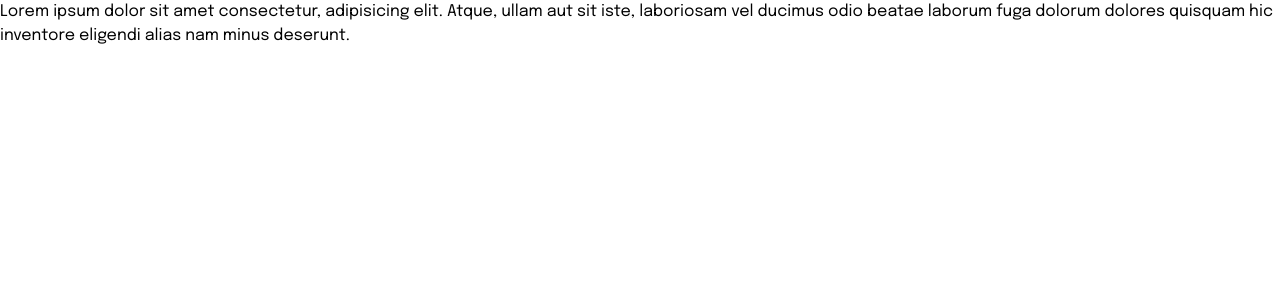
Repository: Kaymileee/crownFunding-Project
Page: /
These files come from the project's save history. The page is drawn as it stood at one moment and after the next save; the edit follows.
The browser window is 1280 px wide. The pictures show the whole page.
The project was rebuilt for these pictures with package versions that can differ from the ones it lists, and the page was loaded fresh each time. Imported but missing from the stored project, and not drawn on this page: src/components/common/FormGroup, src/components/input/Input.

Above is the page before, as saved 2023-02-03 17:11:32.

### public/index.html
<!DOCTYPE html>
<html lang="en">
  <head>
    <meta charset="utf-8" />
    <link rel="icon" href="%PUBLIC_URL%/favicon.ico" />
    <meta name="viewport" content="width=device-width, initial-scale=1" />
    <meta name="theme-color" content="#000000" />
    <meta
      name="description"
      content="Web site created using create-react-app"
    />
    <link rel="apple-touch-icon" href="%PUBLIC_URL%/logo192.png" />
    <!--
      manifest.json provides metadata used when your web app is installed on a
      user's mobile device or desktop. See https://developers.google.com/web/fundamentals/web-app-manifest/
    -->
    <link rel="manifest" href="%PUBLIC_URL%/manifest.json" />
    <!--
      Notice the use of %PUBLIC_URL% in the tags above.
      It will be replaced with the URL of the `public` folder during the build.
      Only files inside the `public` folder can be referenced from the HTML.

      Unlike "/favicon.ico" or "favicon.ico", "%PUBLIC_URL%/favicon.ico" will
      work correctly both with client-side routing and a non-root public URL.
      Learn how to configure a non-root public URL by running `npm run build`.
    -->
    <link rel="preconnect" href="https://fonts.googleapis.com" />
    <link rel="preconnect" href="https://fonts.gstatic.com" crossorigin />
    <link
      href="https://fonts.googleapis.com/css2?family=Epilogue:wght@400;500;600;700&display=swap"
      rel="stylesheet"
    />
    <title>Crowfunding App</title>
  </head>
  <body>
    <noscript>You need to enable JavaScript to run this app.</noscript>
    <div id="root"></div>
    <!--
      This HTML file is a template.
      If you open it directly in the browser, you will see an empty page.

      You can add webfonts, meta tags, or analytics to this file.
      The build step will place the bundled scripts into the <body> tag.

      To begin the development, run `npm start` or `yarn start`.
      To create a production bundle, use `npm run build` or `yarn build`.
    -->
  </body>
</html>

### src/index.js
import React from "react";
import { createRoot } from "react-dom/client";
import App from "./App";
import reportWebVitals from "./reportWebVitals";
import "./index.scss";
import { Provider } from "react-redux";
import { store } from "./store/configureStore";
import { BrowserRouter } from "react-router-dom";
const container = document.getElementById("root");
const root = createRoot(container);

root.render(
  <Provider store={store}>
    <BrowserRouter>
      <App />
    </BrowserRouter>
  </Provider>
);

// If you want to start measuring performance in your app, pass a function
// to log results (for example: reportWebVitals(console.log))
// or send to an analytics endpoint. Learn more: https://bit.ly/CRA-vitals
reportWebVitals();

### src/App.js
import React, { lazy } from "react";
import { Suspense } from "react";
import { Route, Routes } from "react-router-dom";
const SignUpPage = lazy(() => import("./pages/SignUpPage.js"));
const SignInPage = lazy(() => import("./pages/SignInPage"));
const DashboardPage = lazy(() => import("./pages/DashboardPage"));

function App() {
  return (
    <Suspense>
      <Routes>
        <Route path="/sign-up" element={<SignUpPage></SignUpPage>}></Route>
        <Route path="/" element={<DashboardPage></DashboardPage>}></Route>

        <Route path="/sign-in" element={<SignInPage></SignInPage>}></Route>
      </Routes>
    </Suspense>
  );
}

export default App;

### src/index.scss
@tailwind base;
@tailwind components;
@tailwind utilities;
@layer base {
  body {
    @apply text-base font-primary font-normal;
  }
  input {
    @apply outline-none;
  }
}
input:focus + .error-input {
  display: none;
}

### src/store/configureStore.js
import { configureStore } from "@reduxjs/toolkit";
import createSagaMiddleware from "@redux-saga/core";
import logger from "redux-logger";
const sagaMiddleware = createSagaMiddleware();

export const store = configureStore({
  reducer: {},
  middleware: (gDM) => gDM().concat(logger, sagaMiddleware),
});
// sagaMiddleware.run(rootSaga);

### src/pages/DashboardPage.js
import React from "react";
import LayoutDashboard from "../layouts/LayoutDashboard";

const DashboardPage = () => {
  return (
    <LayoutDashboard>
      <div>
        Lorem ipsum dolor sit amet consectetur, adipisicing elit. Atque, ullam
        aut sit iste, laboriosam vel ducimus odio beatae laborum fuga dolorum
        dolores quisquam hic inventore eligendi alias nam minus deserunt.
      </div>
    </LayoutDashboard>
  );
};

export default DashboardPage;

### src/layouts/LayoutDashboard.js
import React from "react";

const LayoutDashboard = ({ children }) => {
  return <div>{children}</div>;
};

export default LayoutDashboard;

### tailwind.config.js
module.exports = {
  darkMode: "class",
  content: ["./src/**/*.{js,jsx,ts,tsx}"],
  theme: {
    extend: {
      fontFamily: {
        primary: ["Epilogue", "sans-serif;"],
      },
      colors: {
        primary: "#1DC071",
        secondary: "#6F49FD",
        text1: "#171725",
        text2: "#4B5264",
        text3: "#808191",
        text4: "#B2B3BD",

        iconColor: "#A2A2A8",
        white: "#FFFFFF",
        whiteSoft: "#FCFBFF",
        graySoft: "#FCFCFC",
        strockColor: "#F1F1F3",
        liteBg: "#FCFCFD",
        error: "#EB5757",

        darkBG: "#3A3A43",
        darkSecondary: "#1C1C24",
        softDark: "#22222C",
        darkSoft: "#24242C",
        darkStroke: "#3A3A43",
        darkRed: "#422C32",
      },
    },
  },
  plugins: [],
};

Loaded but not shown: src/reportWebVitals.js (common file)

After the next save:
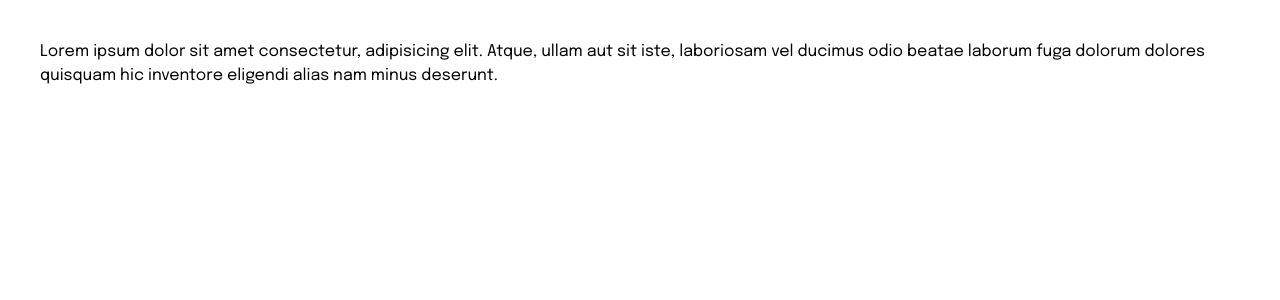
Saved 105 s later.
--- a/src/layouts/LayoutDashboard.js
+++ b/src/layouts/LayoutDashboard.js
@@ -1,7 +1,7 @@
 import React from "react";
 
 const LayoutDashboard = ({ children }) => {
-  return <div>{children}</div>;
+  return <div className="p-10 bg-white max-w-[1440px]">{children}</div>;
 };
 
 export default LayoutDashboard;
